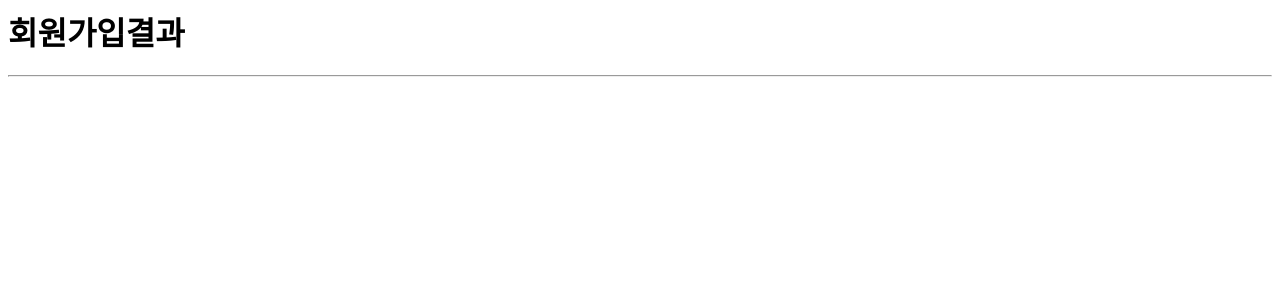
Repository: ParkHyeonju12/servlet
Page: http://localhost/03_dbProject/join.do
These files come from the project's save history. The page is drawn as it stood at one moment and after the next save; the edit follows.
The browser window is 1280 px wide. The pictures show the whole page.
The page is served by Tomcat 9. Queries for data that is not in the repository find no rows.

Above is the page before, as saved 2022-08-30 02:05:57.

### web-workspace/03_dbProject/src/main/java/kr/or/iei/member/controller/JoinServlet.java
package kr.or.iei.member.controller;

import java.io.IOException;
import java.io.PrintWriter;

import javax.servlet.ServletException;
import javax.servlet.annotation.WebServlet;
import javax.servlet.http.HttpServlet;
import javax.servlet.http.HttpServletRequest;
import javax.servlet.http.HttpServletResponse;

import kr.or.iei.member.model.service.MemberService;
import kr.or.iei.member.model.vo.Member;

/**
 * Servlet implementation class JoinServlet
 */
@WebServlet(name = "Join", urlPatterns = { "/join.do" })
public class JoinServlet extends HttpServlet {
	private static final long serialVersionUID = 1L;

    /**
     * @see HttpServlet#HttpServlet()
     */
    public JoinServlet() {
        super();
        // TODO Auto-generated constructor stub
    }

	/**
	 * @see HttpServlet#doGet(HttpServletRequest request, HttpServletResponse response)
	 */
	protected void doGet(HttpServletRequest request, HttpServletResponse response) throws ServletException, IOException {
		//1.인코딩
		request.setCharacterEncoding("utf-8");
		//2. 값추출
		String memberId = request.getParameter("memberId");
		String memberPw = request.getParameter("memberPw");
		String memberName = request.getParameter("memberName");
		String memberPhone = request.getParameter("memberPhone");
		String memberAddr = request.getParameter("memberAddr");

		Member m = new Member();
		m.setMemberId(memberId);
		m.setMemberPw(memberPw);
		m.setMemberName(memberName);
		m.setMemberPhone(memberPhone);
		m.setMemberAddr(memberAddr);
		//3. 비지니스로직
		MemberService  service = new MemberService();
		int result = service.insertMember(m);
		//4. 결과처리
		response.setContentType("text/html;charset=utf-8");
		PrintWriter out = response.getWriter();
		out.println("<!DOCTYPE html");
		out.print("<html><head><title>회원가입결과</title></head>");
		out.print("<body>");
		out.print("<h1>회원가입결과</h1>");
		out.print("<hr>");
		if(result>0) {
			out.print("<h3>회원가입성공</h3>");
			out.print("<a href = '/html/loginFrm.html'>로그인하러가기</a>");
		}
		out.print("</body></html>");

	}

	/**
	 * @see HttpServlet#doPost(HttpServletRequest request, HttpServletResponse response)
	 */
	protected void doPost(HttpServletRequest request, HttpServletResponse response) throws ServletException, IOException {
		// TODO Auto-generated method stub
		doGet(request, response);
	}

}

### web-workspace/03_dbProject/src/main/java/kr/or/iei/member/model/vo/Member.java
package kr.or.iei.member.model.vo;

public class Member {
	private int memberNo;
	private String memberId;
	private String memberPw;
	private String memberName;
	private String memberPhone;
	private String memberAddr;

	private int memberLevel;
	private String enrollDate;

	public Member() {
		super();
		// TODO Auto-generated constructor stub
	}

	public Member(int memberNo, String memberId, String memberPw, String memberName, String memberPhone,
			String memberAddr, int memberLevel, String enrollDate) {
		super();
		this.memberNo = memberNo;
		this.memberId = memberId;
		this.memberPw = memberPw;
		this.memberName = memberName;
		this.memberPhone = memberPhone;
		this.memberAddr = memberAddr;
		this.memberLevel = memberLevel;
		this.enrollDate = enrollDate;
	}

	public int getMemberNo() {
		return memberNo;
	}

	public void setMemberNo(int memberNo) {
		this.memberNo = memberNo;
	}

	public String getMemberId() {
		return memberId;
	}

	public void setMemberId(String memberId) {
		this.memberId = memberId;
	}

	public String getMemberPw() {
		return memberPw;
	}

	public void setMemberPw(String memberPw) {
		this.memberPw = memberPw;
	}

	public String getMemberName() {
		return memberName;
	}

	public void setMemberName(String memberName) {
		this.memberName = memberName;
	}

	public String getMemberPhone() {
		return memberPhone;
	}

	public void setMemberPhone(String memberPhone) {
		this.memberPhone = memberPhone;
	}

	public String getMemberAddr() {
		return memberAddr;
	}

	public void setMemberAddr(String memberAddr) {
		this.memberAddr = memberAddr;
	}

	public int getMemberLevel() {
		return memberLevel;
	}

	public void setMemberLevel(int memberLevel) {
		this.memberLevel = memberLevel;
	}

	public String getEnrollDate() {
		return enrollDate;
	}

	public void setEnrollDate(String enrollDate) {
		this.enrollDate = enrollDate;
	}



}

### web-workspace/03_dbProject/src/main/java/kr/or/iei/member/model/service/MemberService.java
package kr.or.iei.member.model.service;

import java.sql.Connection;

import kr.or.iei.member.controller.JDBCTemplate;
import kr.or.iei.member.model.dao.MemberDao;
import kr.or.iei.member.model.vo.Member;

public class MemberService {
	private MemberDao dao;


	public MemberService() {
		super();
		dao = new MemberDao();
	}


	public int insertMember(Member m) {
		Connection conn = JDBCTemplate.getConnection();
		int result = dao.insertMember(conn,m);
		if(result>0) {
			JDBCTemplate.commit(conn);
		}else {
			JDBCTemplate.rollback(conn);
		}
		JDBCTemplate.close(conn);
		return result;
	}

}

### web-workspace/03_dbProject/src/main/java/kr/or/iei/member/model/dao/MemberDao.java
package kr.or.iei.member.model.dao;

import java.sql.Connection;
import java.sql.PreparedStatement;
import java.sql.SQLException;

import kr.or.iei.member.controller.JDBCTemplate;
import kr.or.iei.member.model.vo.Member;

public class MemberDao {

	public int insertMember(Connection conn, Member m) {
		PreparedStatement pstmt = null;
		int result = 0;
		String query = "insert into member_tbl values(member_seq.nextval,?,?,?,?,?,3,to_char(sysdate,'yyyy-mm-dd'))";

		try {
			pstmt = conn.prepareStatement(query);
			pstmt.setString(1, m.getMemberId());
			pstmt.setString(2, m.getMemberPw());
			pstmt.setString(3, m.getMemberName());
			pstmt.setString(4, m.getMemberPhone());
			pstmt.setString(5, m.getMemberAddr());
			result = pstmt.executeUpdate();
		}catch(SQLException e) {
			e.printStackTrace();
		}finally {
			JDBCTemplate.close(pstmt);
		}
				return result;
	}

}

### web-workspace/03_dbProject/src/main/java/kr/or/iei/member/controller/JDBCTemplate.java
package kr.or.iei.member.controller;

import java.sql.Connection;
import java.sql.DriverManager;
import java.sql.ResultSet;
import java.sql.SQLException;
import java.sql.Statement;

public class JDBCTemplate {

	//Connection 객체를 생성해서 리턴하는 메소드
	public static Connection getConnection() {
		Connection conn = null;
		try {
			Class.forName("oracle.jdbc.driver.OracleDriver");
			conn = DriverManager.getConnection("jdbc:oracle:thin:@127.0.0.1:1521:xe","webserver","1234");
			conn.setAutoCommit(false);//자동으로 commit하는 기능을 비활성화
		} catch (ClassNotFoundException e) {
			e.printStackTrace();
		} catch (SQLException e) {
			e.printStackTrace();
		}
		return conn;
	}

	public static void commit(Connection conn) {
		try {
			if(conn != null && !conn.isClosed()) {
				conn.commit();//보험장치
			}
			conn.commit();
		} catch (SQLException e) {
			e.printStackTrace();
		}
	}

	public static void rollback(Connection conn) {
		try {
			if(conn != null && !conn.isClosed()) {
				conn.rollback();//보험장치
			}
			conn.rollback();
		} catch (SQLException e) {
			e.printStackTrace();
		}
	}

	public static void close(Connection conn) {
		try {
			if(conn != null && !conn.isClosed()) {
				conn.close();
			}
		} catch (SQLException e) {
			e.printStackTrace();
		}
	}

	public static void close(Statement pstmt) {
		try {
			if(pstmt != null && !pstmt.isClosed()) {
				pstmt.close();
			}
		} catch (SQLException e) {
			e.printStackTrace();
		}
	}

	public static void close(ResultSet rset) {
		try {
			if(rset != null && !rset.isClosed()) {
				rset.close();
			}
		} catch (SQLException e) {
			e.printStackTrace();
		}
	}

}

After the next save:
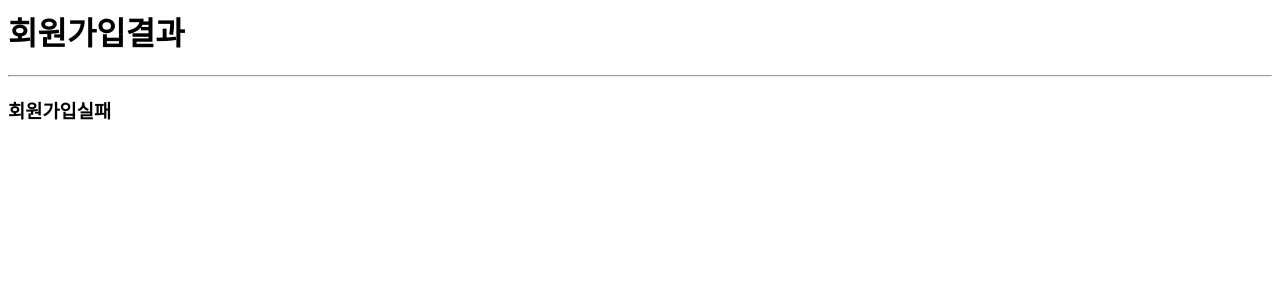
Saved 20 s later.
--- a/web-workspace/03_dbProject/src/main/java/kr/or/iei/member/controller/JoinServlet.java
+++ b/web-workspace/03_dbProject/src/main/java/kr/or/iei/member/controller/JoinServlet.java
@@ -60,6 +60,8 @@ public class JoinServlet extends HttpServlet {
 		if(result>0) {
 			out.print("<h3>회원가입성공</h3>");
 			out.print("<a href = '/html/loginFrm.html'>로그인하러가기</a>");
+		}else {
+			out.print("<h3>회원가입실패</h3>");
 		}
 		out.print("</body></html>");
 
